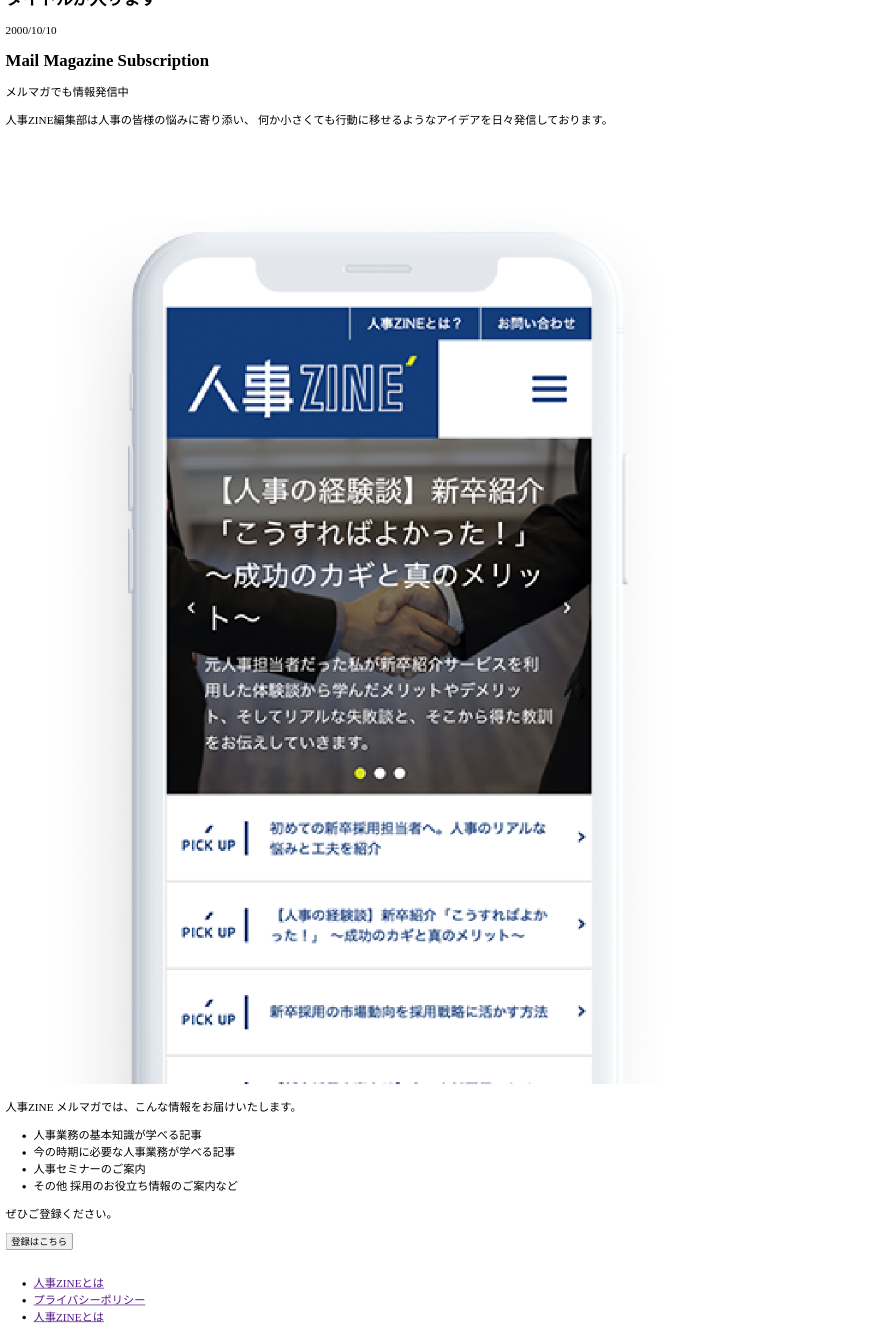
Repository: daisukey623/WpPractice
Page: index.html
These files come from the project's save history. The page is drawn as it stood at one moment and after the next save; the edit follows.
The browser window is 1280 px wide. The pictures show the part of the page from y = 1934 to 3854 px (the page is 3842 px tall before and 3854 px after), at 70% of full size.

Above is the page before, as saved 2021-09-21 21:59:51.

After the next save:
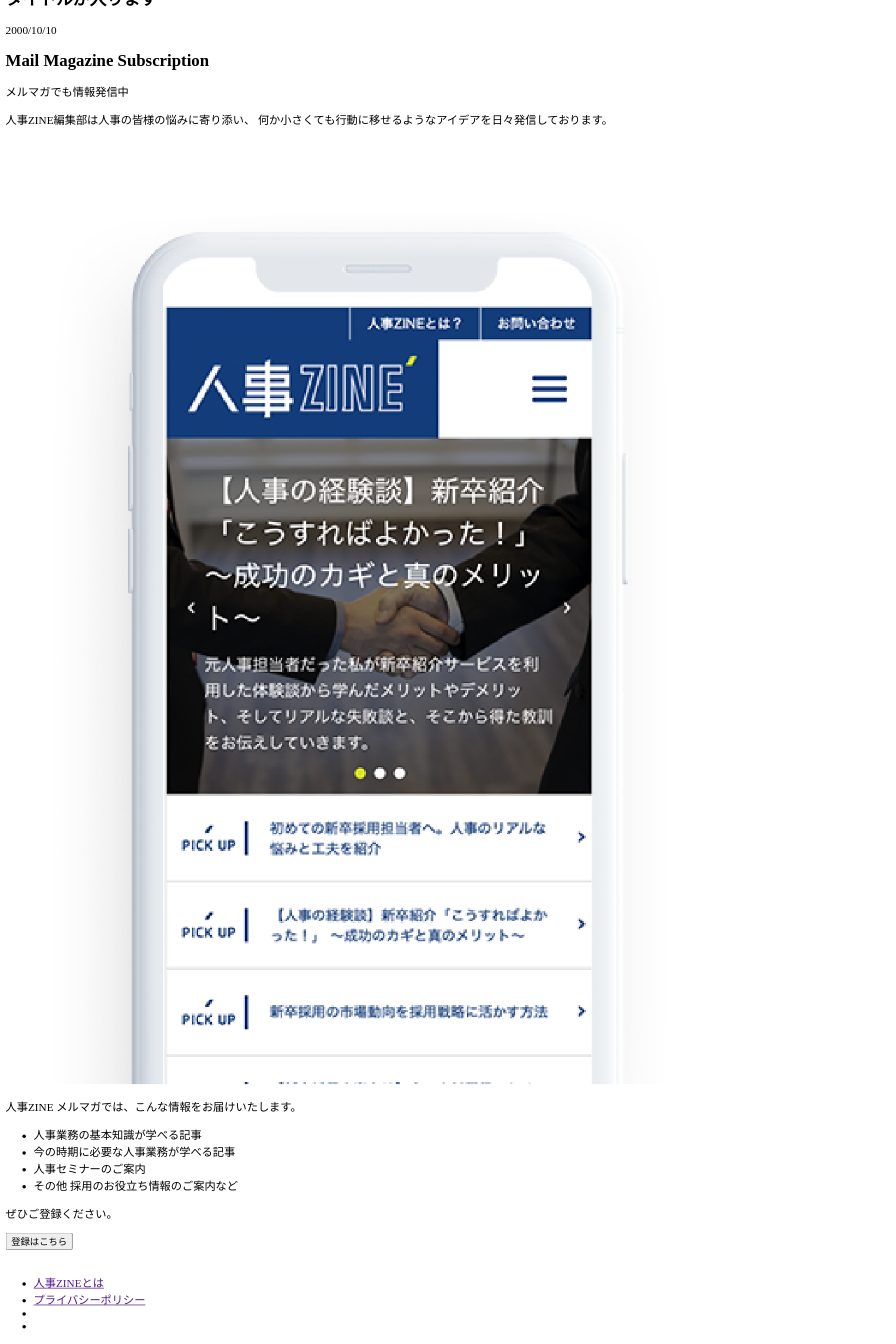
Saved 7 s later.
--- a/index.html
+++ b/index.html
@@ -76,7 +76,8 @@
         <ul>
           <li><a href="">人事ZINEとは</a></li>
           <li><a href="">プライバシーポリシー</a></li>
-          <li><a href="">人事ZINEとは</a></li>
+          <li><a href=""></a></li>
+          <li><a href=""></a></li>
         </ul>
       </div>
     </footer>
